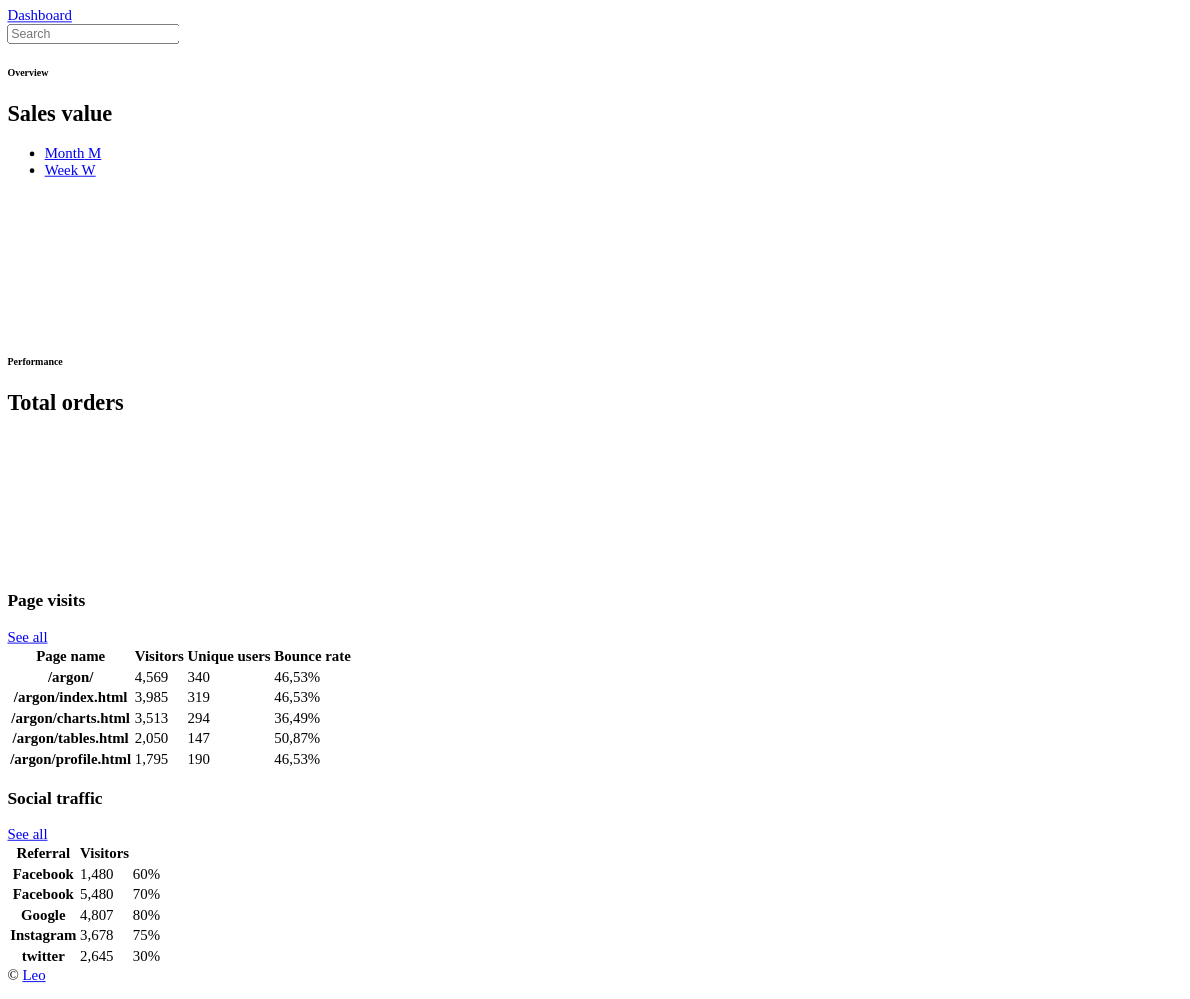
Repository: jasperDD/usedocker
Page: app/templates/pages/index.html
The author's editor kept a record of every edit. The page is drawn from the files as they stood at one moment, then again after the next edit.
The browser window is 1280 px wide. The pictures show the whole page, at 93% of full size.
The template is drawn by Flask 3. The application's start-up code is not run. The template is opened directly, without the code that normally fills it, so the values that code supplies are empty.

Above is the page before.

After the next edit:
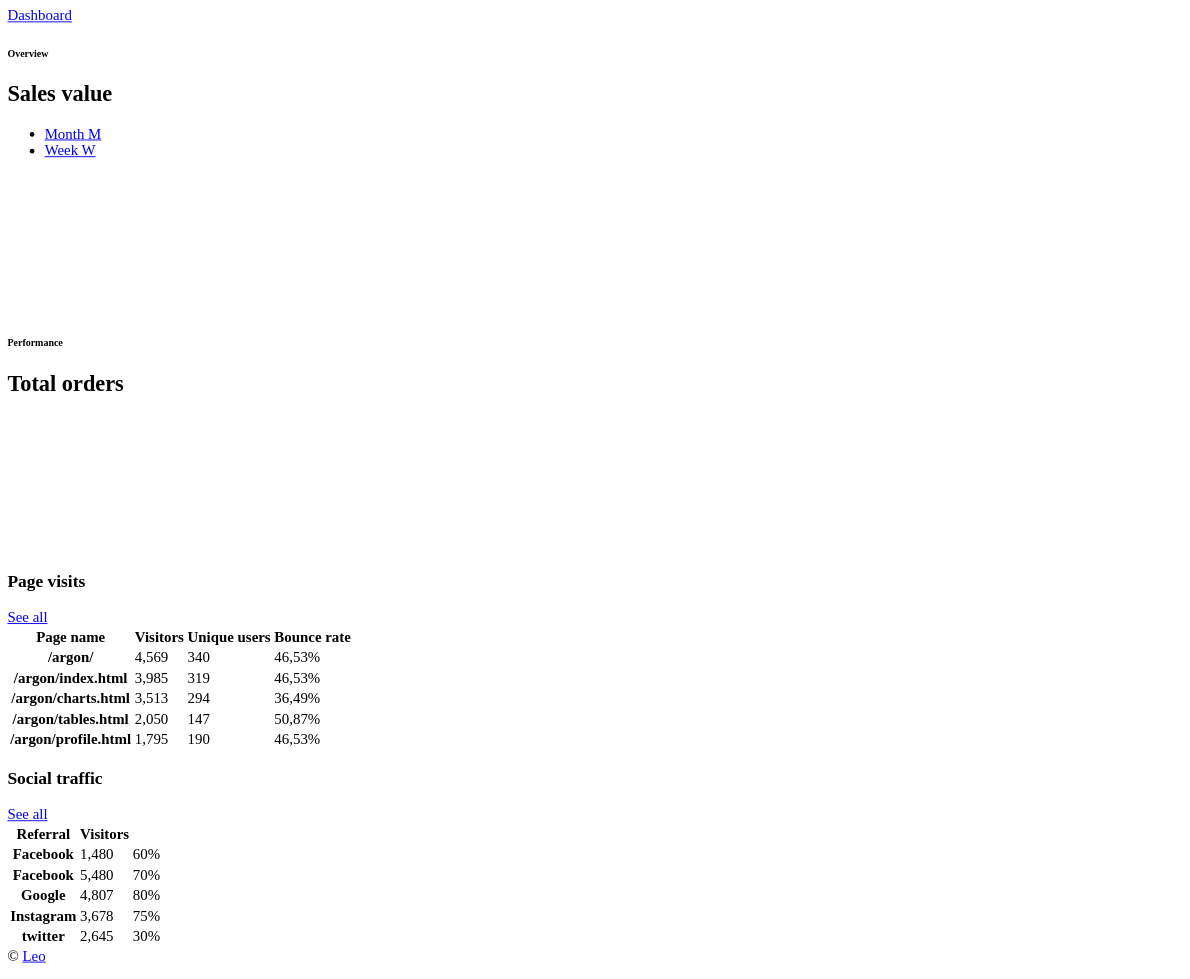
The edit:
--- a/app/templates/pages/index.html
+++ b/app/templates/pages/index.html
@@ -13,7 +13,7 @@
               <div class="input-group-prepend">
                 <span class="input-group-text"><i class="fas fa-search"></i></span>
               </div>
-              <input class="form-control" placeholder="Search" type="text">
+
             </div>
           </div>
         </form>
